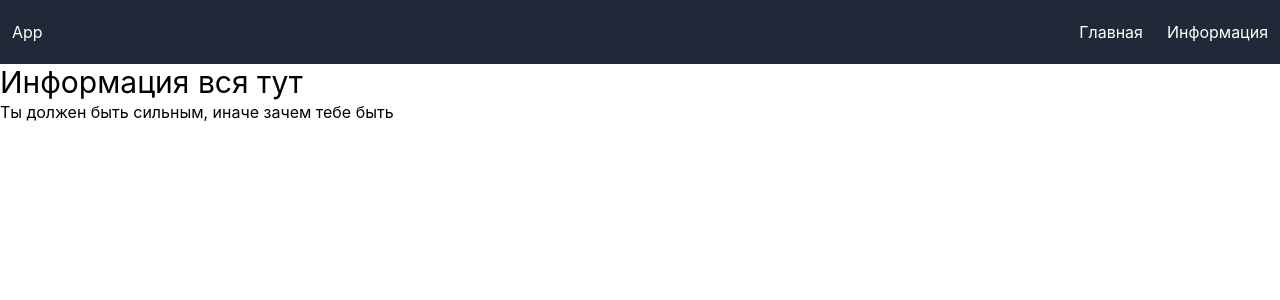
Repository: VachArt/react-exam-work
Page: /about
An editor plug-in stored every save of this project. The page is shown before and after the next save, followed by the edit.
The browser window is 1280 px wide. The pictures show the whole page.
The project was rebuilt for these pictures with package versions that can differ from the ones it lists, and the page was loaded fresh each time. Also part of the build but not shown: src/components/pages/Home/item/Check.jsx, src/components/pages/Home/item/TodoItem.jsx, src/components/pages/Home/create-todo-field/CreateTodoField.jsx, src/components/pages/Home/Home.jsx.

Above is the page before, as saved 2022-04-27 23:42:24.

### src/App.jsx
import React from 'react'
import {BrowserRouter, Route, Routes} from 'react-router-dom'
import { Navbar } from './components/pages/Home/Navbar'
import { Home } from './components/pages/Home/Home'
import { About } from './components/pages/About/About'





function App() {
    return (
            <BrowserRouter>
                <Navbar />
                    <div className='bg-gray-900'>
                        <Routes>
                            <Route path='/' exact element={<Home />} />
                            <Route path='/about' element={<About />} />
                        </Routes>
                    </div>
            </BrowserRouter>
    )
}

export default App;

### src/components/pages/Home/Navbar.jsx
import React from 'react'
import {NavLink} from 'react-router-dom'

export const Navbar = () => (
    <nav className='bg-gray-800 flex items-center justify-between h-16 text-white'>
        <div className='navbar-brand p-3 hover:text-pink-400'>
            App
        </div>
        <ul className="flex items-center justify-between">
            <li className="px-3 hover:text-pink-400">
                <NavLink
                    to="/"
                    exact
                >
                    Главная
                </NavLink>
            </li>
            <li className="px-3 hover:text-pink-400">
                <NavLink
                    to="/about"
                >
                    Информация
                </NavLink>
            </li>
        </ul>
    </nav>
)

### src/components/pages/About/About.jsx
import React from "react"

export const About = () => (
    <div className="bg-white">
        <div className="mx-auto">
            <h1 className="text-3xl">Информация вся тут</h1>
            <p className="">Ты должен быть сильным, иначе зачем тебе быть</p>
        </div>
    </div>
)

Loaded but not shown: public/index.html (common file); src/index.jsx (common file); src/index.css (common file); tailwind.config.js (common file)

After the next save:
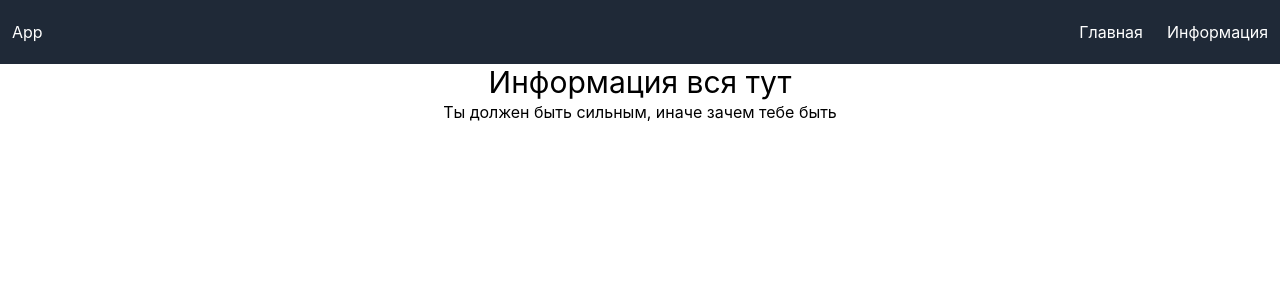
Saved 16 s later.
--- a/src/components/pages/About/About.jsx
+++ b/src/components/pages/About/About.jsx
@@ -2,7 +2,7 @@ import React from "react"
 
 export const About = () => (
     <div className="bg-white">
-        <div className="mx-auto">
+        <div className="text-center">
             <h1 className="text-3xl">Информация вся тут</h1>
             <p className="">Ты должен быть сильным, иначе зачем тебе быть</p>
         </div>
